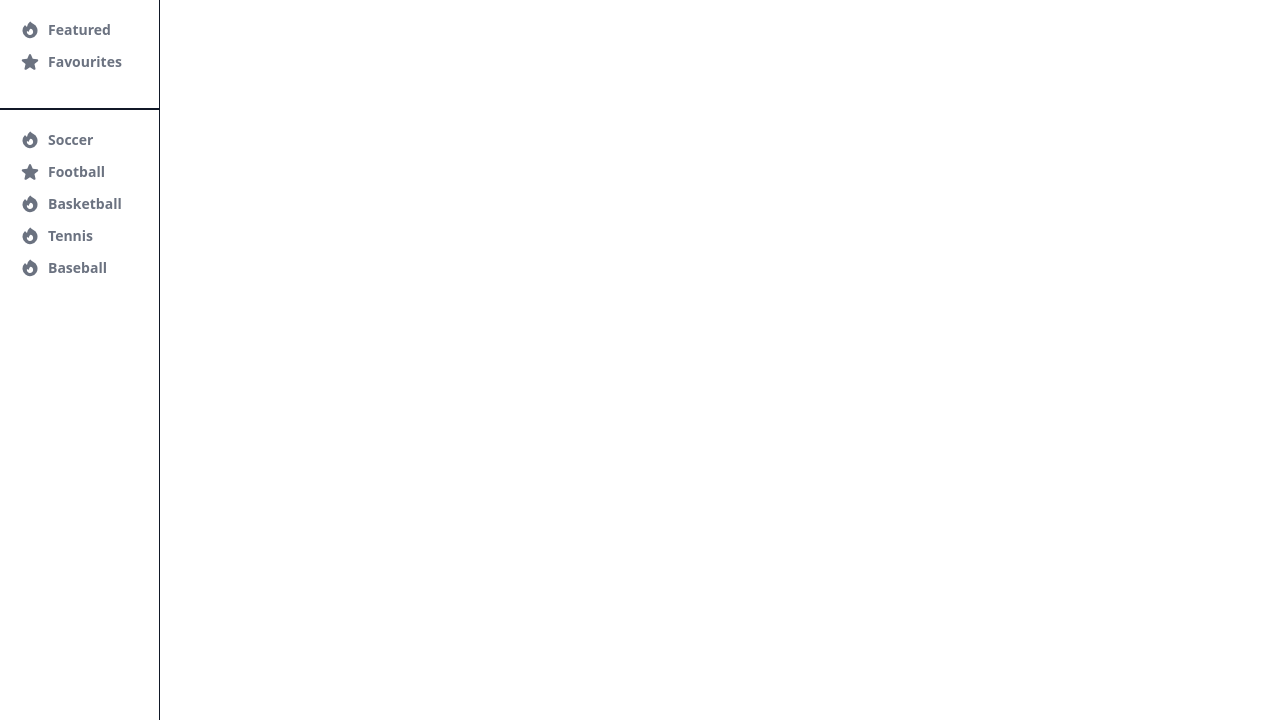
Repository: thekingisherenow/Betterbook
Page: /
An editor plug-in stored every save of this project. The page is shown before and after the next save, followed by the edit.
The browser window is 1280 px wide. The pictures show the whole page.
The project was rebuilt for these pictures with package versions that can differ from the ones it lists, and the page was loaded fresh each time. The framework's server and built-in components were replaced by stand-ins that run in the browser. Also part of the build but not shown: next.config.js.

Above is the page before, as saved 2023-01-16 21:13:29.

### src/pages/_app.tsx
import type { AppProps } from 'next/app'
import { Provider } from 'react-redux'
import store from '../core/store'
import '../core/styles/root.css'

const App = (props: AppProps) => {
  const { Component, pageProps } = props
  return (
    <Provider store={store}>
      <Component {...pageProps} />
    </Provider>
  )
}

export default App

### src/pages/index.tsx
import type { NextPage } from 'next'
import { useEffect, useState } from 'react'
import API from '../core/services'
import { Game } from '../types/game'
import Sidebar from '../components/Typography/Sidebar'
import Header from '../components/Typography/Header'

const IndexPage: NextPage = () => {
  const [games, setGames] = useState<Game[]>([])

  useEffect(() => {
    API.games.fetchGames().then(setGames)
  }, [])

  return <div>
        <main className=''>

          {/* Header  */}
          <Header />
            {/* Sidebar */}
            <Sidebar/>
            {/* Center  */}

        </main>
  </div>
}

export default IndexPage

### src/core/store/index.ts
import { configureStore } from '@reduxjs/toolkit'
import { counterReducer } from './slices/counterSlice'

const store = configureStore({
  reducer: {
    counter: counterReducer,
  },
})

export default store

### src/core/services/index.ts
import * as gamesServices from './games'

const API = {
  games: gamesServices,
}

export default API

### src/components/Typography/Sidebar.tsx
import React from 'react'
import { FireIcon, StarIcon } from '@heroicons/react/24/solid'

function Sidebar() {
    return (
        <div className='text-gray-500 text-sm border-r h-screen w-40 border-gray-900'>
            <div>
                <div className='flex flex-col  p-5 space-y-3 font-semibold mb-4'>
                    <button className='flex items-center space-x-2 hover:text-blue-600'>
                        <FireIcon className='w-5 h-5' />
                        <p>Featured</p>
                    </button>
                    <button className='flex items-center space-x-2 hover:text-blue-600'>
                        <StarIcon className='w-5 h-5' />
                        <p>Favourites</p>
                    </button>
                </div>
                    <hr className='border-t-2 border-gray-900' />

                <div className='flex flex-col space-y-3  p-5 font-semibold mb-4'>
                    <button className='flex items-center space-x-2 hover:text-blue-600'>
                        <FireIcon className='w-5 h-5' />
                        <p>Soccer</p>
                    </button>
                    <button className='flex items-center space-x-2 hover:text-blue-600'>
                        <StarIcon className='w-5 h-5' />
                        <p>Football</p>
                    </button>
                    <button className='flex items-center space-x-2 hover:text-blue-600'>
                        <FireIcon className='w-5 h-5' />
                        <p>Basketball</p>
                    </button>
                    <button className='flex items-center space-x-2 hover:text-blue-600'>
                        <FireIcon className='w-5 h-5' />
                        <p>Tennis</p>
                    </button>
                    <button className='flex items-center space-x-2 hover:text-blue-600'>
                        <FireIcon className='w-5 h-5' />
                        <p>Baseball</p>
                    </button>
                </div>
            </div>
        </div>
    )
}

export default Sidebar

### src/components/Typography/Header.tsx
import React from 'react'

function Header() {
  return (
    <header >

    </header>
  )
}

export default Header

### src/core/store/slices/counterSlice.ts
import { createSlice } from '@reduxjs/toolkit'

export const counterSlice = createSlice({
  name: 'counter',
  initialState: {
    count: 0,
  },
  reducers: {
    setCount(state, { payload }) {
      state.count = payload
    },
  },
})

export const counterReducer = counterSlice.reducer

### src/core/services/games.ts
import { Game } from '../../types/game'

export const fetchGames = (): Promise<Game[]> => {
  return Promise.resolve([
    {
      id: '1',
      name: 'Spain vs Argentina',
    },
  ])
}

### tailwind.config.js
/** @type {import('tailwindcss').Config} */
module.exports = {
  content: [
    './src/pages/**/*.{js,ts,jsx,tsx}',
    './src/components/**/*.{js,ts,jsx,tsx}',
    './src/modules/**/*.{js,ts,jsx,tsx}',
  ],
  theme: {
    extend: {},
  },
  plugins: [],
}

Loaded but not shown: src/core/styles/root.css (common file)

After the next save:
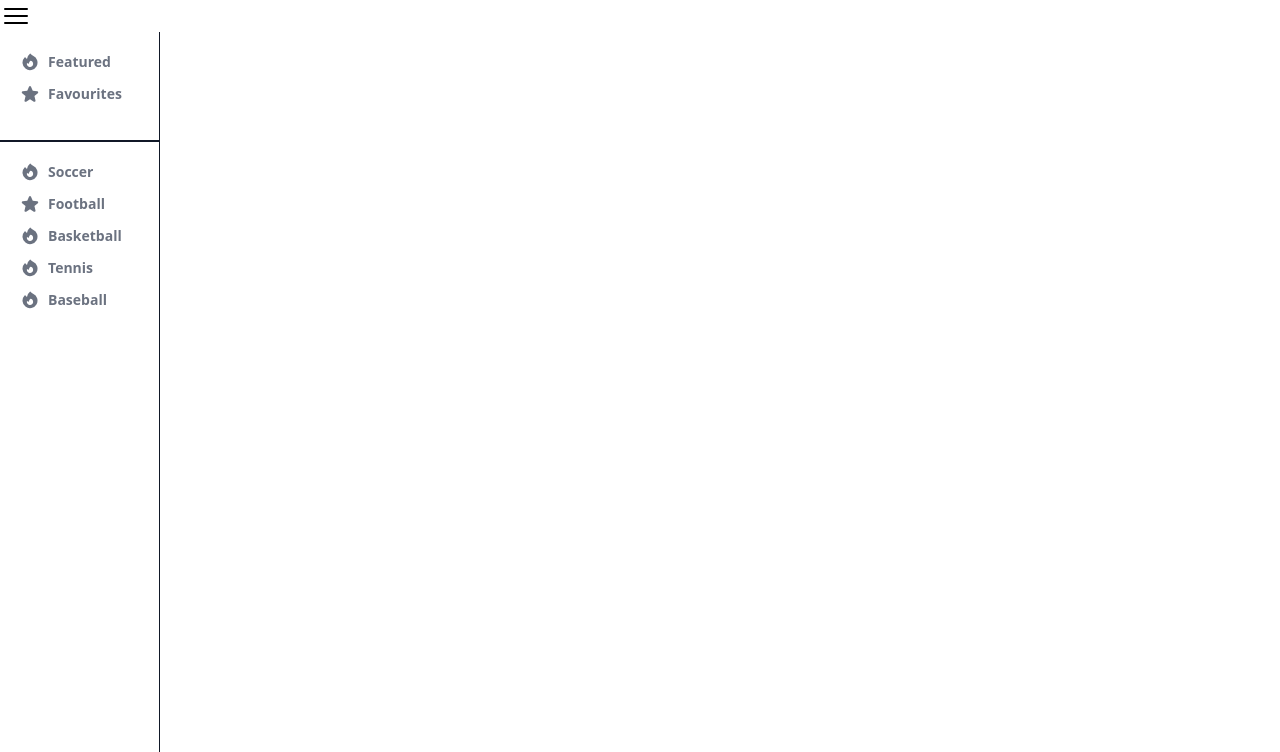
Saved 76 s later.
--- a/src/components/Typography/Header.tsx
+++ b/src/components/Typography/Header.tsx
@@ -1,9 +1,12 @@
+import { Bars3Icon } from '@heroicons/react/24/solid'
 import React from 'react'
 
 function Header() {
   return (
     <header >
-
+      <div>
+        <Bars3Icon className='h-8 w-8 cursor-pointer'/>
+      </div>
     </header>
   )
 }
